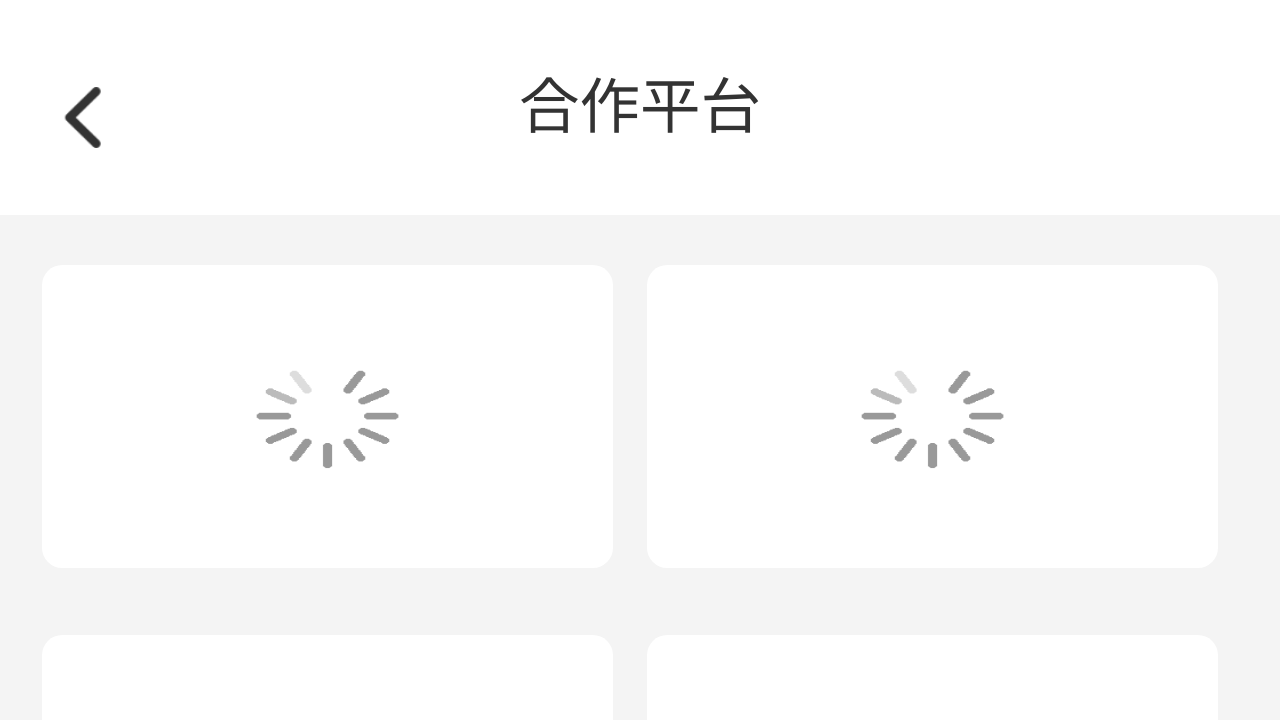
Repository: GgoodBoy/js-object
Page: jquery懒加载/platObj/platForm.html
The author's editor kept a copy of each file at every save. The page is drawn from the files as they stood at one save, then again after the next save.
The browser window is 1280 px wide. The pictures show the whole page.
An inner scrolling area shows only its first screen. Some web libraries are served in a nearby version.

Above is the page before, as saved 2019-10-15 16:49:33.

### jquery懒加载/platObj/platForm.html
<!DOCTYPE html PUBLIC "-//WAPFORUM//DTD XHTML Mobile 1.0//EN" "http://www.wapforum.org/DTD/xhtml-mobile10.dtd">
<html>
<head>
  <meta charset="utf-8">
  <meta name="viewport" content="width=device-width,initial-scale=1.0,maximum-scale=1.0,minimum=1.0,user-scalable=no">
  <meta name="format-detection" content="telephone=no, email=no">
  <meta name="apple-mobile-web-app-capable" content="yes">
  <meta http-equiv="Content-Security-Policy" content="script-src 'self' *.alicdn.com *.qq.com *.wx.qq.com *.7moor.com * *.youfushuyuan.com *.xueguoxue.com *.sohu.com 'unsafe-inline' 'unsafe-eval'">

</head>

<body>
  <div id="platFormId">
    <div class="titleNav">
        <img class="imgInf" src="./img/returnImg.png"/>
        合作平台
    </div>
    <div class="platList">
        <ul></ul>
    </div>
  </div>
</body>
<script src="http://libs.baidu.com/jquery/2.0.0/jquery.min.js"></script>
<script>
!(function(doc, win) {
    var docEle = doc.documentElement,
        evt = "onorientationchange" in window ? "orientationchange" : "resize",
        fn = function() {
            var width = docEle.clientWidth;
            width && (docEle.style.fontSize = Math.ceil(42 * (width / 320)) + "px");
        };
    win.addEventListener(evt, fn, false);
    doc.addEventListener("DOMContentLoaded", fn, false);

}(document, window));
</script>
<script>
    $(function(){
        $(".imgInf").click(function(){
            window.history.back(-1);
        });
        // var JSON =[];
        var JSON = [
            {url:"./img/img1.png"},
            {url:"./img/img2.png"},
            {url:"./img/img3.png"},
            {url:"./img/img4.png"},
            {url:"./img/img5.png"},
            {url:"./img/img6.png"},
            {url:"./img/img7.png"},
            {url:"./img/img8.png"},
            {url:"./img/img9.png"},
            {url:"./img/img10.png"},
            {url:"./img/img11.png"},
            {url:"./img/img12.png"},
            {url:"./img/img13.png"},
            {url:"./img/img14.png"},
            {url:"./img/img15.png"},
            {url:"./img/img16.png"},
            {url:"./img/img17.png"},
            {url:"./img/img18.png"},
            {url:"./img/img19.png"},
            {url:"./img/img20.png"},
            {url:"./img/img21.png"},
            {url:"./img/img22.png"},
            {url:"./img/img23.png"},
            {url:"./img/img24.png"},
            {url:"./img/img25.png"},
            {url:"./img/img26.png"},
            {url:"./img/img27.png"},
            {url:"./img/img28.png"},
            {url:"./img/img29.png"},
            {url:"./img/img30.png"},
            {url:"./img/img31.png"},
            {url:"./img/img32.png"},
            {url:"./img/img33.png"},
            {url:"./img/img34.png"},
            {url:"./img/img35.png"},
            {url:"./img/img36.png"},
            {url:"./img/img37.png"},
            {url:"./img/img38.png"},
            {url:"./img/img39.png"},
            {url:"./img/img40.png"},

        ];
        //初始化动态创建dom；
        var imgListAjax = ()=>{
            var parentsDom = $(".platList ul");
            JSON.forEach((element,index) => {
                parentsDom.append(`
                <li>
                    <img data-original="${element.url}" src="./img/longs.gif" />
                </li>
                `)
            });
        };
        //动态给当前可是去img切换url;
        var changeUrlTime =()=>{
            setTimeout(()=>{
                var platScrollBox= $(".platList").height();
                var platUlLi= $(".platList ul li:eq(1)").height();
                alert(platUlLi);
            },200);
        }
        imgListAjax();
        changeUrlTime();
        // $(".platList").scroll();
    });
</script>
<style>
html{
    -ms-text-size-adjust: 100%;
    -webkit-text-size-adjust: 100%;
    background: 0 0;
    color: #000;
    -moz-user-select: none;
    -khtml-user-select: none;
    user-select: none;
    width: 100%;
    height: 100%;
}
body{
    width: 100%;
    height: 100%;
    margin: 0;
}
#platFormId{
    background: #F4F4F4;
    overflow: hidden;
}
#platFormId .titleNav{
    text-align: center;
    width: 100%;
    height: 1.28rem;
    font-size: 0.36rem;
    line-height: 1.28rem;
    color: #333333;
    background: #fff;
    position: relative;
}
#platFormId .titleNav .imgInf{
    position: absolute;
    left: 0.3rem;
    width: 0.36rem;
    bottom: 0.4rem;
}
#platFormId .platList{
    height: calc(100vh - 1.58rem);
    overflow: scroll;
    margin-top: 0.3rem;
    padding:0 0.25rem;
}
#platFormId .platList ul{
    zoom: 1;
    overflow: inherit;
    margin: 0;
    padding: 0;
    box-sizing: border-box;
}
#platFormId .platList ul li{
    float: left;
    list-style: none;
    width: 3.4rem;
    height: 2rem;
    padding-bottom: 0.2rem;
}
#platFormId .platList ul li:nth-child(even){
    margin-left: 0.2rem;
}
#platFormId .platList ul li img{
    width: 100%;
    border-radius: 0.12rem;
    height: 1.8rem;
}
</style>
</html>

After the next save:
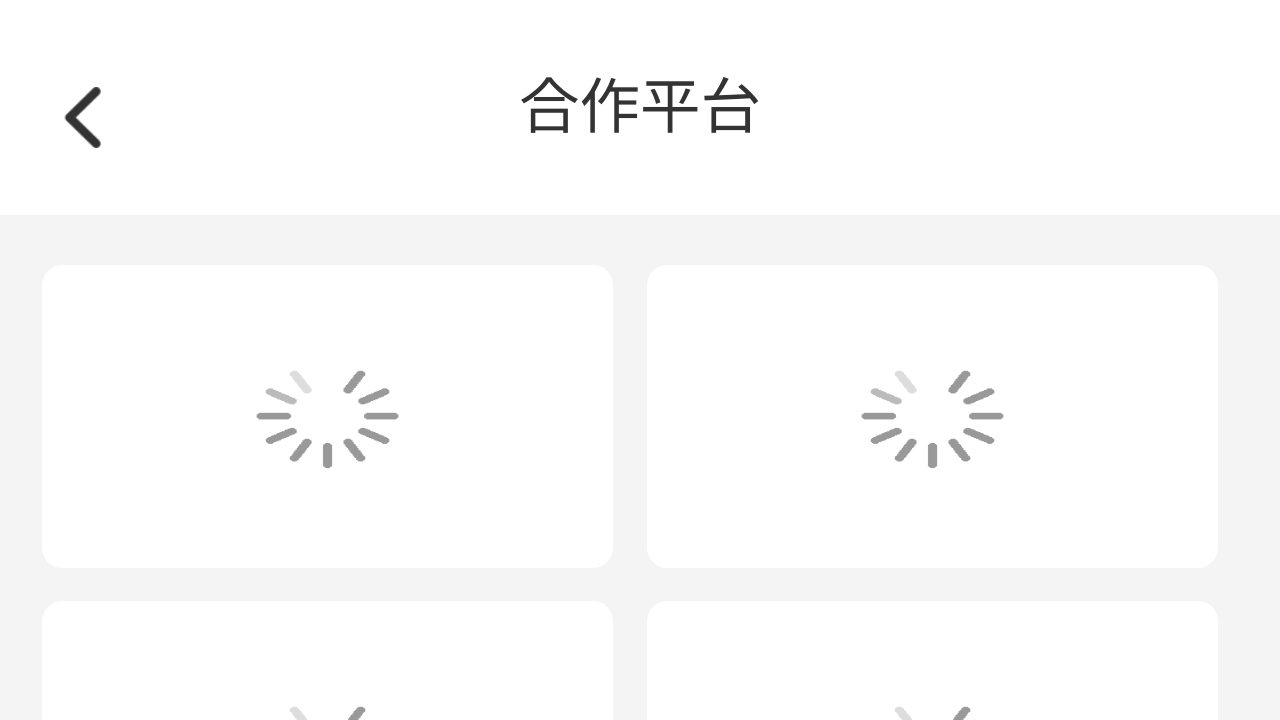
Saved 24 s later.
--- a/jquery懒加载/platObj/platForm.html
+++ b/jquery懒加载/platObj/platForm.html
@@ -162,7 +162,6 @@
     list-style: none;
     width: 3.4rem;
     height: 2rem;
-    padding-bottom: 0.2rem;
 }
 #platFormId .platList ul li:nth-child(even){
     margin-left: 0.2rem;
